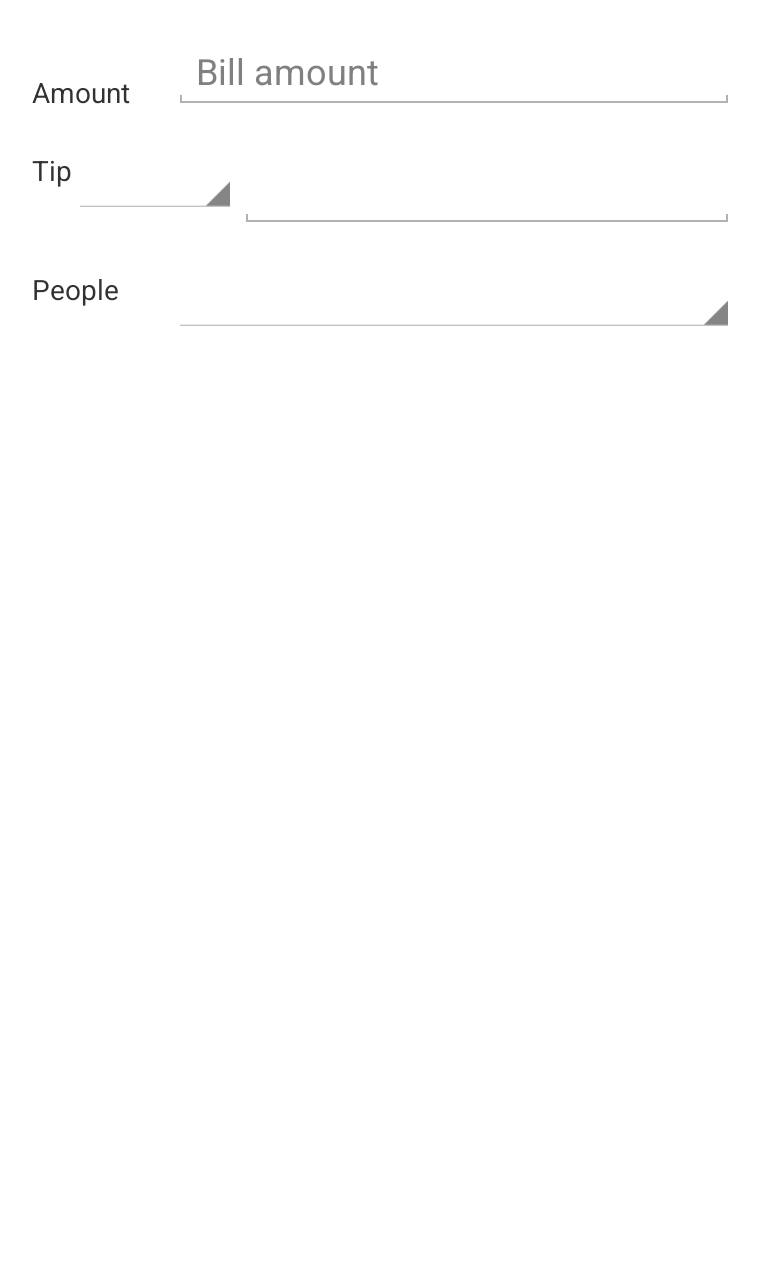
Repository: ericMedeiros93/Android-Dev
Layout: TipSplit/res/layout/activity_main.xml
These files come from the project's save history. The layout is drawn as it stood at one moment and after the next save; the edit follows.
It is drawn on a 768 x 1280 px phone screen (xhdpi) without system bars, with theme AppTheme; the app's code is not run.

Above is the layout before, as saved 2014-09-11 03:53:09.

### TipSplit/res/layout/activity_main.xml
<LinearLayout xmlns:android="http://schemas.android.com/apk/res/android"
    xmlns:tools="http://schemas.android.com/tools"
    android:layout_width="match_parent"
    android:layout_height="match_parent"
    android:orientation="vertical"
    android:paddingBottom="@dimen/activity_vertical_margin"
    android:paddingLeft="@dimen/activity_horizontal_margin"
    android:paddingRight="@dimen/activity_horizontal_margin"
    android:paddingTop="@dimen/activity_vertical_margin"
    tools:context="com.ericmedeiros.tipsplit.MainActivity" >

    <LinearLayout
        android:layout_width="match_parent"
        android:layout_height="wrap_content"
        android:paddingBottom="20dp" >

        <TextView
            android:layout_width="0dp"
            android:layout_height="wrap_content"
            android:layout_weight="1"
            android:layout_gravity="bottom"
            android:text="@string/amount_label" />

        <EditText
            android:layout_width="0dp"
            android:layout_height="wrap_content"
            android:layout_gravity="right"
            android:layout_weight="4"
            android:hint="@string/amount_hint"
            android:inputType="numberDecimal" />
    </LinearLayout>

    <LinearLayout
        android:layout_width="match_parent"
        android:layout_height="wrap_content"
        android:paddingBottom="20dp" >

        <TextView
            android:layout_width="wrap_content"
            android:layout_height="wrap_content"
            android:layout_gravity="left"
            android:text="@string/tip_label" />

        <Spinner
            android:id="@+id/tip_amounts"
            android:layout_width="0dp"
            android:layout_height="wrap_content"
            android:layout_gravity="right"
            android:layout_weight="1" />
        <EditText
            android:layout_width="0dp"
            android:layout_height="wrap_content"
            android:layout_gravity="right"
            android:layout_weight="3"
            android:hint=""
            android:inputType="none" />
    </LinearLayout>

    <LinearLayout
        android:layout_width="match_parent"
        android:layout_height="wrap_content"
            android:layout_gravity="left"
        android:paddingBottom="20dp" >

        <TextView
            android:layout_width="0dp"
            android:layout_height="wrap_content"
            android:layout_weight="1"
            android:text="@string/people_label" />

        <Spinner
            android:id="@+id/people_amount"
            android:layout_width="0dp"
            android:layout_height="wrap_content"
            android:layout_gravity="right"
            android:layout_weight="4" />
    </LinearLayout>

</LinearLayout>

### TipSplit/res/values/strings.xml
<?xml version="1.0" encoding="utf-8"?>
<resources>

    <string name="app_name">TipSplit</string>
    <string name="hello_world">Hello world!</string>
    <string name="action_settings">Settings</string>
    <string name="tip_label">Tip</string>
    <string name="amount_label">Amount</string>
    <string name="amount_hint">Bill amount</string>
    <string name="people_label">People</string>

    <string-array name="tip">
        <item>10%</item>
        <item>15%</item>
        <item>20%</item>
        <item>Other</item>
    </string-array>

    <string-array name="people">
        <item>1</item>
        <item>2</item>
        <item>3</item>
        <item>4</item>
        <item>5</item>
        <item>6</item>
        <item>7</item>
        <item>8</item>
        <item>9</item>
        <item>10</item>
    </string-array>

</resources>

Loaded but not shown: TipSplit/res/values/styles.xml (common file); TipSplit/res/values-v11/styles.xml (common file); TipSplit/res/values-v14/styles.xml (common file); TipSplit/res/values/dimens.xml (common file); TipSplit/res/values-w820dp/dimens.xml (common file)

After the next save:
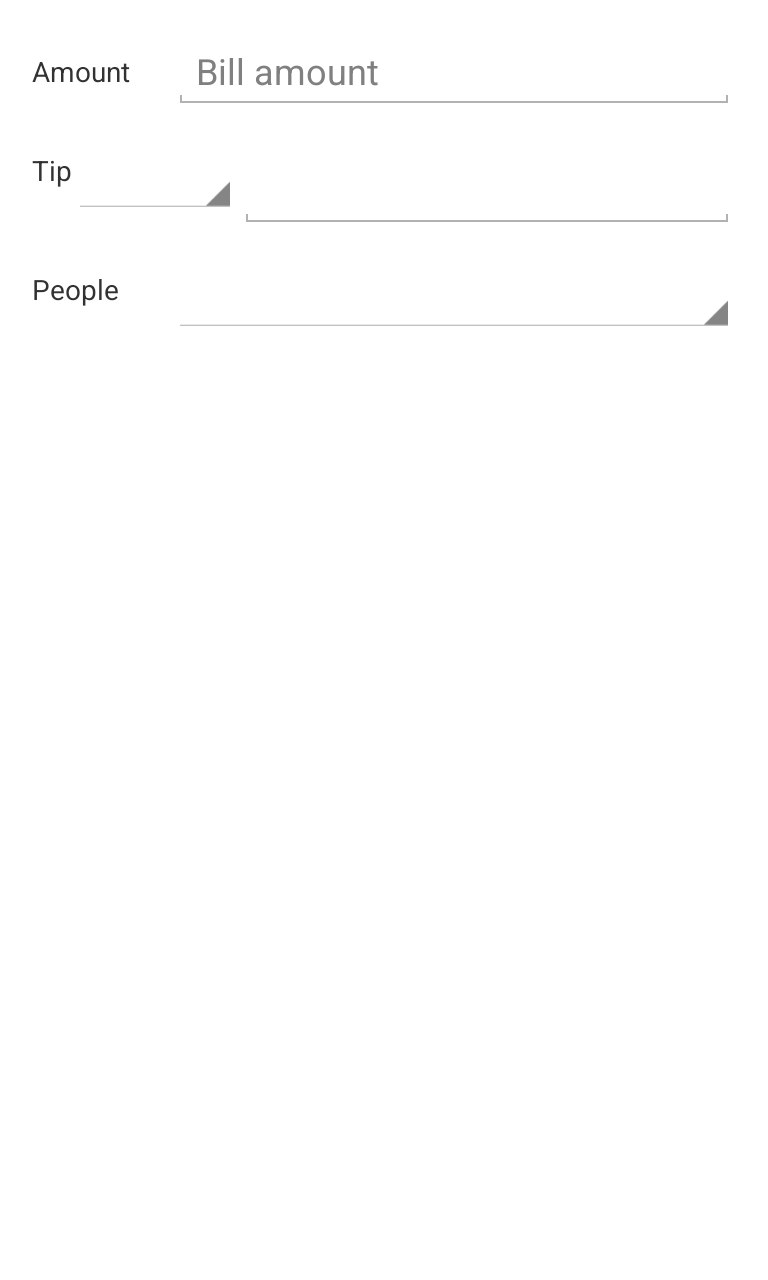
Saved 13 s later.
--- a/TipSplit/res/layout/activity_main.xml
+++ b/TipSplit/res/layout/activity_main.xml
@@ -18,7 +18,7 @@
             android:layout_width="0dp"
             android:layout_height="wrap_content"
             android:layout_weight="1"
-            android:layout_gravity="bottom"
+            android:layout_gravity="center_vertical"
             android:text="@string/amount_label" />
 
         <EditText
